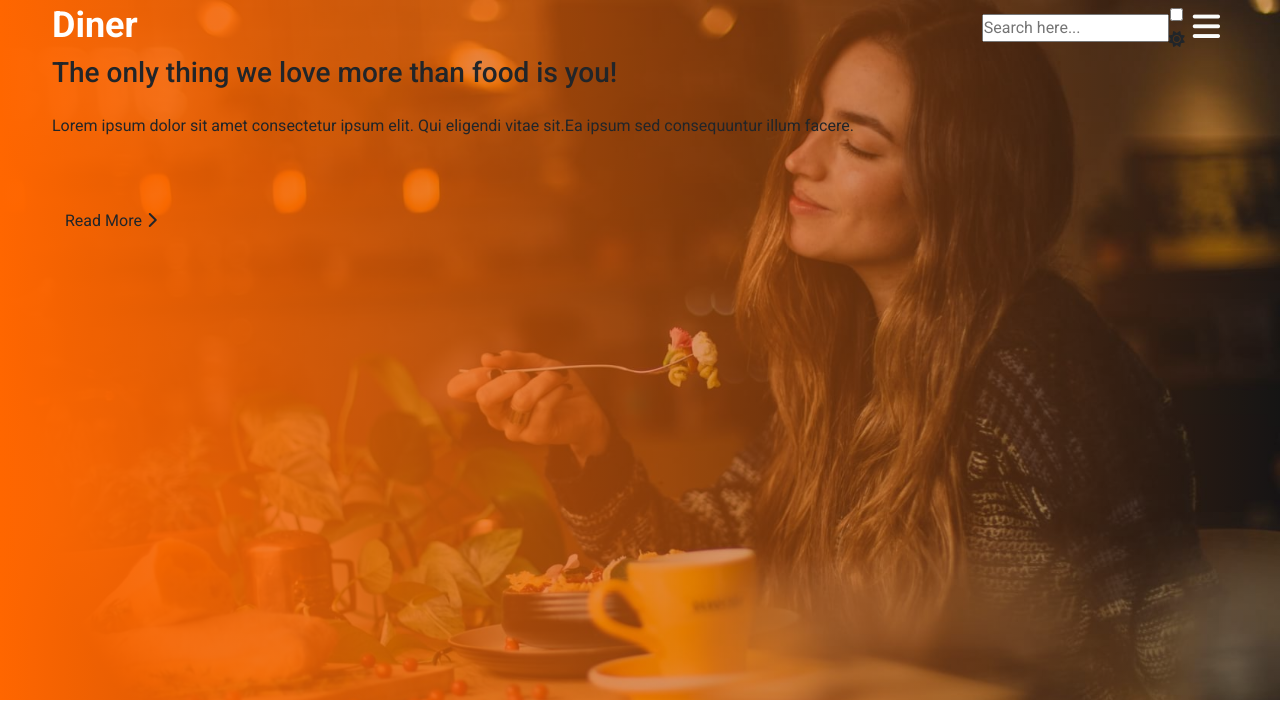
Repository: minhtrivu6199/Diner
Page: index.html
An editor plug-in stored every save of this project. The page is shown before and after the next save, followed by the edit.
The browser window is 1280 px wide. The pictures show the whole page.
The style sheet was rebuilt from its Sass, Less or Tailwind sources for each picture, by a compiler version that may differ from the author's.

Above is the page before, as saved 2022-10-10 13:57:26.

After the next save:
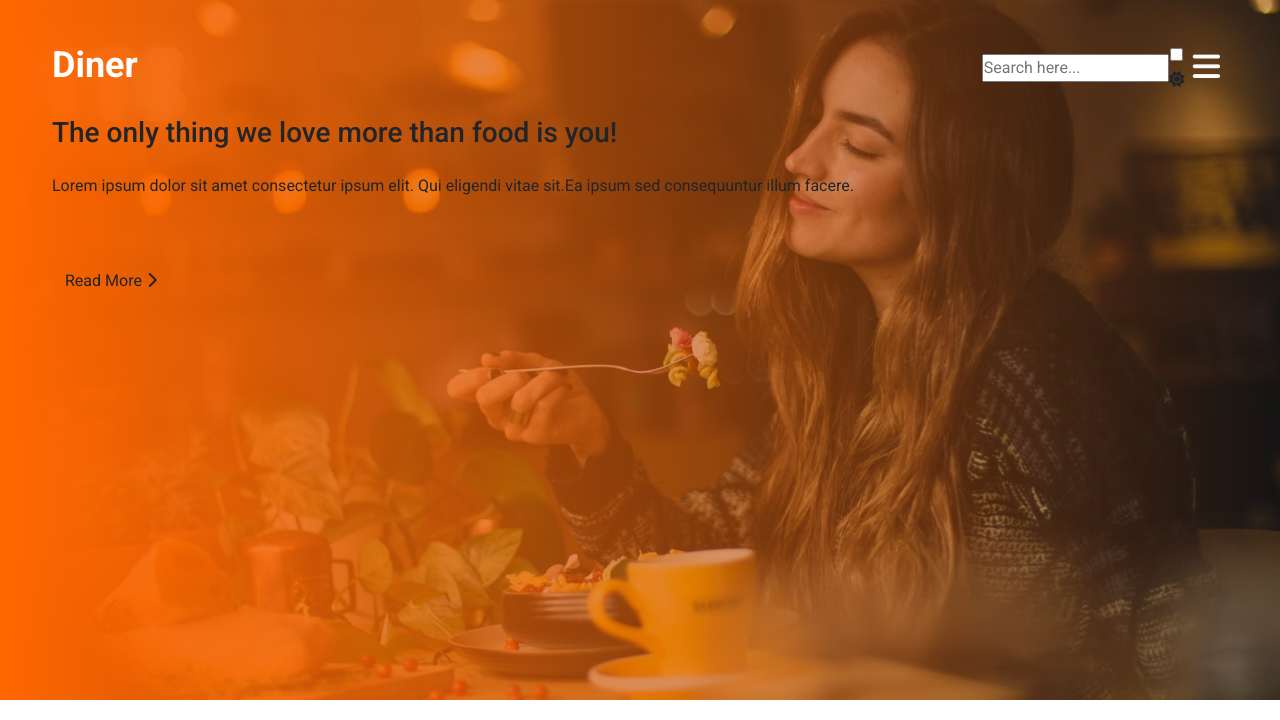
Saved 45 s later.
--- a/scss/style.scss
+++ b/scss/style.scss
@@ -23,6 +23,7 @@ a {
             display: flex;
             justify-content: space-between;
             align-items: center;
+            padding: 40px 0 20px 0;
             .banner-logo {
                 .logo-brand {
                     font-size: 36px;
